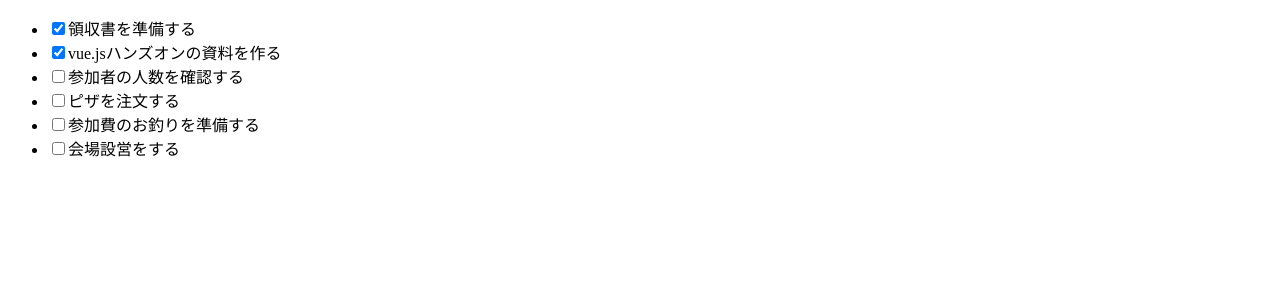
Repository: hubiot/todo01
Page: index.html
The author's editor kept a copy of each file at every save. The page is drawn from the files as they stood at one save, then again after the next save.
The browser window is 1280 px wide. The pictures show the whole page.

Above is the page before, as saved 2020-04-28 13:07:52.

### index.html
<!DOCTYPE html>
<html lang="ja">
<head>
  <meta charset="UTF-8">
  <meta name="viewport" content="width=device-width, initial-scale=1.0">
  <title>まずはデータを表示</title>
<body>

<div id="app">
  <ul>
    <li v-for="item in items">
      <label>
        <input type="checkbox" v-model="item.isChecked">{{item.title}}
      </label>
    </li>
  </ul>
</div>
<script src="https://unpkg.com/vue/dist/vue.js"></script>
<script src="./app1.js"></script>

</body>
</html>

### app1.js
const vm = new Vue({
  el: '#app',
  data: {
    items:[
      {title:'領収書を準備する',isChecked:true},
      {title:'vue.jsハンズオンの資料を作る',isChecked:true},
      {title:'参加者の人数を確認する',isChecked:false},
      {title:'ピザを注文する',isChecked:false},
      {title:'参加費のお釣りを準備する',isChecked:false},
      {title:'会場設営をする',isChecked:false},
    ]
  }
})

After the next save:
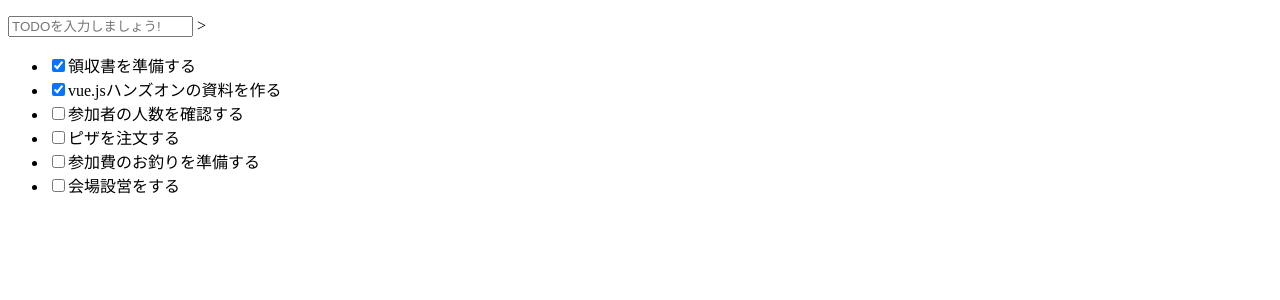
Saved 4 min 22 s later.
--- a/index.html
+++ b/index.html
@@ -7,6 +7,12 @@
 <body>
 
 <div id="app">
+  <p>
+    <input type="text"
+      placeholder="TODOを入力しましょう!"
+      v-model="newItemTitle"
+      v-on:keyup.enter="addTodo">
+    ></p>
   <ul>
     <li v-for="item in items">
       <label>
